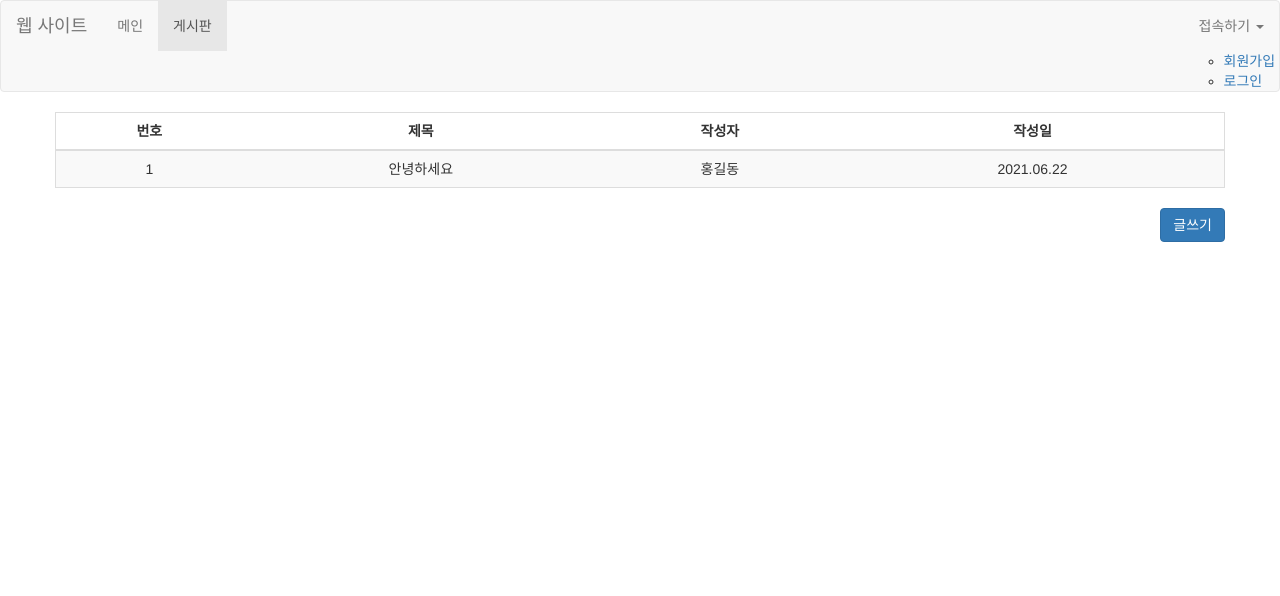
Repository: hayeon/JSP_BBS
Page: http://localhost/BBS/write.jsp
These files come from the project's save history. The page is drawn as it stood at one moment and after the next save; the edit follows.
The browser window is 1280 px wide. The pictures show the whole page.
The page is served by Tomcat 9. Other server files are loaded and not shown.

Above is the page before, as saved 2021-07-24 13:47:38.
Console error (its wording comes from the project's code and is left out).

### notice_board/BBS/WebContent/write.jsp
<%@ page language="java" contentType="text/html; charset=UTF-8"
	pageEncoding="UTF-8"%>
<%@ page import="java.io.PrintWriter"%>
<!DOCTYPE html>
<html>
<head>
<meta http-equiv="Content-Type" content="text/html; charset= UTF-8">
<meta name="viewport" content="width=device.width" , initial-scale="1">
<!--부트스트랩은 사이즈가 디바이스마다 깔쌈하게 크기가 변경되게 도와줌  -->
<link rel="stylesheet" href="css/bootstrap.css">
<!--스타일시트 참조, css폴더 안에 부트스트랩 참조-->
<title>JSP 웹 사이트</title>
</head>

<body>
	<%
	//로그인 안 하면 NULL값이 담기게 됨
	String userID = null;
	if (session.getAttribute("userID") != null) {
		userID = (String) session.getAttribute("userID");
	}
	%>
	<nav class="navbar navbar-default">
		<!--네이게이션바-->

		<div class="navbar-header">
			<button type="button" class="navbar-toggle collapsed"
				data-toggle="collapse" data-target="#bs-example-navbar-collapse-1"
				aria-expanded="false">
				<span class="icon-bar"></span>
				<!--아이콘 바에 작대기 그리기 4개 넣었으니 4줄-->
				<span class="icon-bar"></span> <span class="icon-bar"></span> <span
					class="icon-bar"></span>
			</button>

			<a class="navbar-brand" href="main.jsp"> 웹 사이트</a>
		</div>

		<div class="collapse navbar-collapse"
			id="bs-example-navbar-collapse-1">
			<ul class="nav navbar-nav">
				<!--ul은 리스트를 보여줌-->

				<li><a href="main.jsp">메인 </a></li>
				<!-- 메인으로 이동함 -->
				<li class="active"><a href="bbs.jsp">게시판 </a></li>
				<!-- 게시판으로 이동함 -->
			</ul>
			<%
			if (userID == null) { //로그인이 안되었다면
			%>

			<ul class="nav navbar-nav navbar-right">
				<li class="dropdown"><a href="#" class="dropdown-toggle"
					data-toggle="dropdown" role="buttton" aria-haspopup="true"
					aria-expanded="false">접속하기 <span class="caret"></span></a>

					<ul class="dropdowon-menu">
						<li><a href="join.jsp">회원가입</a></li>
						<li><a href="login.jsp">로그인</a></li>

						<!-- 액티브는 단 한개의 홈페이지에만 선택된 홈페이지 의미 -->

					</ul></li>
			</ul>
			<%
			} else {
			%>
			<ul class="nav navbar-nav navbar-right">
				<li class="dropdown"><a href="#" class="dropdown-toggle"
					data-toggle="dropdown" role="buttton" aria-haspopup="true"
					aria-expanded="false">회원관리 <span class="caret"></span></a>
					<ul class="dropdowon-menu">
						<li><a href="logoutAction.jsp">로그아웃</a></li>

					</ul></li>
			</ul>
			<%
			}
			%>

		</div>
	</nav>
	<div class="container">
		<div class="row">
			<table class="table table-striped"
				style="text-align: center; border: 1px solid #dddddd">
				<thead>
					<tr>
						<th style="background-color: #eeeee; text-align: center;">번호</th>
						<th style="background-color: #eeeee; text-align: center;">제목</th>
						<th style="background-color: #eeeee; text-align: center;">작성자</th>
						<th style="background-color: #eeeee; text-align: center;">작성일</th>
					</tr>
				</thead>
				<tbody>
				<tr>
				<td>1</td>
				<td>안녕하세요</td>
				<td>홍길동</td>
				<td>2021.06.22</td>
				</tr>
				</tbody>
			</table>
		<a href = "write.jsp" class= "btn btn-primary pull-right">글쓰기</a>
		</div>
	</div>


	<script
		src="https://maxcdn.bootstrapcdn.com/bootstrap/3.3.7/js/bootstrap.min.js"></script>
	<script src="js/bootstrap.js">

	</script>
	<!-- js폴더 안에 부트스트랩 참조 -->
</body>
</html>

Loaded but not shown: notice_board/BBS/WebContent/css/bootstrap.css (library); notice_board/BBS/WebContent/js/bootstrap.js (library)

After the next save:
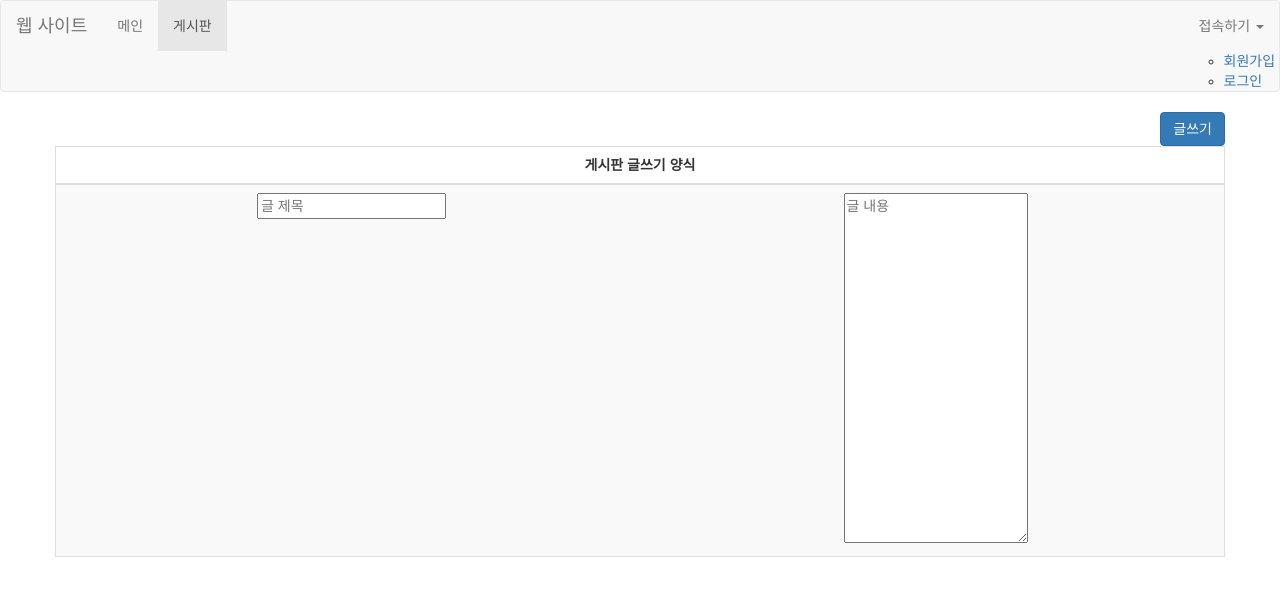
Saved 19 min 30 s later.
--- a/notice_board/BBS/WebContent/write.jsp
+++ b/notice_board/BBS/WebContent/write.jsp
@@ -87,20 +87,19 @@
 				style="text-align: center; border: 1px solid #dddddd">
 				<thead>
 					<tr>
-						<th style="background-color: #eeeee; text-align: center;">번호</th>
-						<th style="background-color: #eeeee; text-align: center;">제목</th>
-						<th style="background-color: #eeeee; text-align: center;">작성자</th>
-						<th style="background-color: #eeeee; text-align: center;">작성일</th>
+						<th colspan ="2" style="background-color: #eeeee; text-align: center;">게시판 글쓰기 양식</th>
+
 					</tr>
 				</thead>
 				<tbody>
 				<tr>
-				<td>1</td>
-				<td>안녕하세요</td>
-				<td>홍길동</td>
-				<td>2021.06.22</td>
+				<td><input type="text" clas= "form-control" placeholder="글 제목" name ="bbsTitle" maxlength ="50"></td>
+				<td><textarea type="text" clas= "form-control" placeholder="글 내용" name ="bbsContent"
+				maxlength ="2048" style="height:350px;"></textarea></td>
 				</tr>
 				</tbody>
+				<a href = "write.jsp" class ="btn btn"
+
 			</table>
 		<a href = "write.jsp" class= "btn btn-primary pull-right">글쓰기</a>
 		</div>
